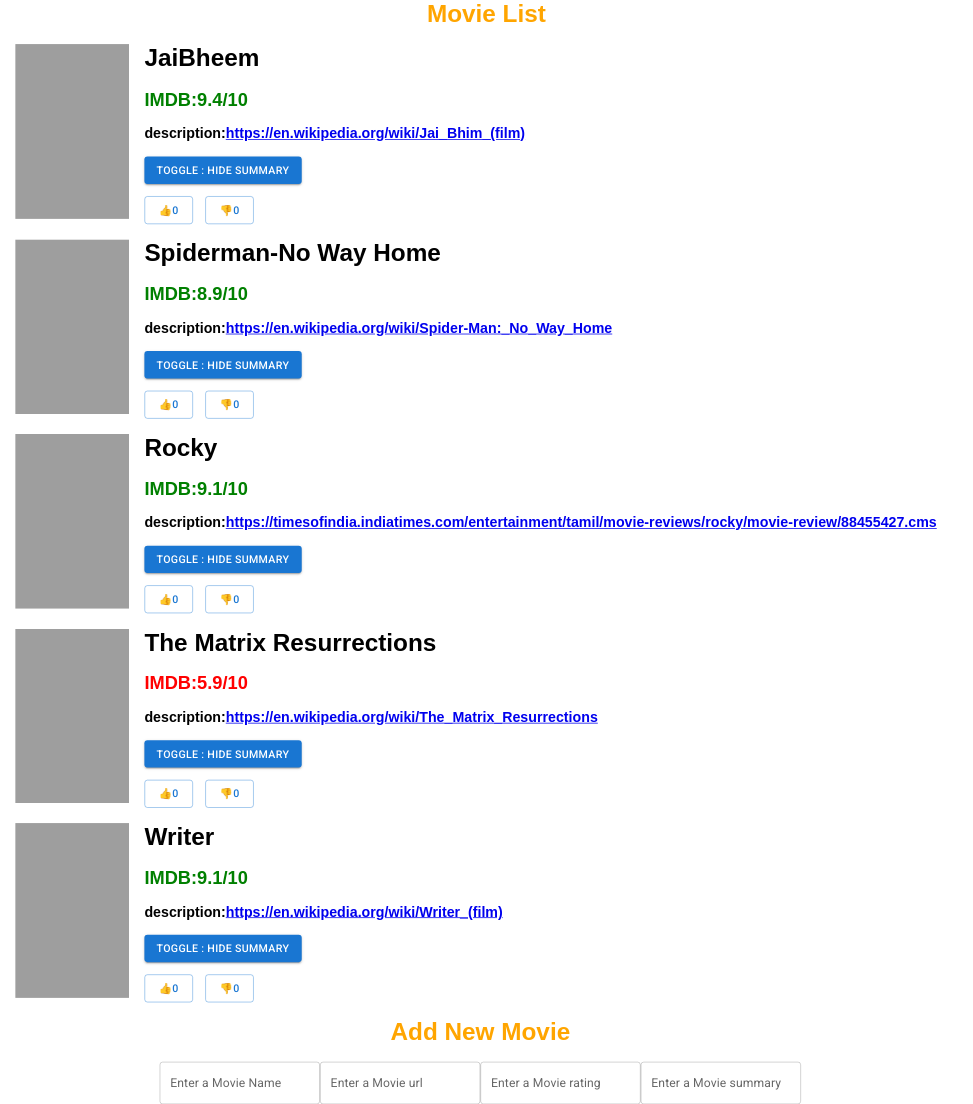
Repository: baladhinesh18/first-app
Page: /
An editor plug-in stored every save of this project. The page is shown before and after the next save, followed by the edit.
The browser window is 1280 px wide. The pictures show the whole page, at 76% of full size.
Pictures or frames that could not be fetched are drawn as grey boxes. The project was rebuilt for these pictures with package versions that can differ from the ones it lists, and the page was loaded fresh each time.

Above is the page before, as saved 2022-01-07 13:36:56.

### public/index.html
<!DOCTYPE html>
<html lang="en">
  <head>
    <meta charset="utf-8" />
    <!-- <link rel="icon" href="%PUBLIC_URL%/favicon.ico" /> -->
    <meta name="viewport" content="width=device-width, initial-scale=1" />
    <meta name="theme-color" content="#000000" />
    <meta
      name="description"
      content="Web site created using create-react-app"
    />
    <!-- <link rel="apple-touch-icon" href="%PUBLIC_URL%/logo192.png" /> -->
    <!--
      manifest.json provides metadata used when your web app is installed on a
      user's mobile device or desktop. See https://developers.google.com/web/fundamentals/web-app-manifest/
    -->
    <!-- <link rel="manifest" href="%PUBLIC_URL%/manifest.json" /> -->
    <!--
      Notice the use of %PUBLIC_URL% in the tags above.
      It will be replaced with the URL of the `public` folder during the build.
      Only files inside the `public` folder can be referenced from the HTML.

      Unlike "/favicon.ico" or "favicon.ico", "%PUBLIC_URL%/favicon.ico" will
      work correctly both with client-side routing and a non-root public URL.
      Learn how to configure a non-root public URL by running `npm run build`.
    -->
    <link
  rel="stylesheet"
  href="https://fonts.googleapis.com/css?family=Roboto:300,400,500,700&display=swap"
/>
<link
  rel="stylesheet"
  href="https://fonts.googleapis.com/icon?family=Material+Icons"
/>
    <title>New Movies</title>
  </head>
  <body>
    <noscript>You need to enable JavaScript to run this app.</noscript>
    <div id="root"></div>
    <!--
      This HTML file is a template.
      If you open it directly in the browser, you will see an empty page.

      You can add webfonts, meta tags, or analytics to this file.
      The build step will place the bundled scripts into the <body> tag.

      To begin the development, run `npm start` or `yarn start`.
      To create a production bundle, use `npm run build` or `yarn build`.
    -->
  </body>
</html>

### src/App.js

import './App.css';
import {useState} from "react";
import Button from '@mui/material/Button';
import TextField from '@mui/material/TextField';
function App() {
  let users = [
    {
      name: "JaiBheem",
      url:
      "https://encrypted-tbn3.gstatic.com/images?q=tbn:ANd9GcQm8U_-RJoMKrgvpIVLbDV8ovuHIp-p_Ls5I7WHaXJUUCbhjQVd",
      rating:"9.4",
      summary:"https://en.wikipedia.org/wiki/Jai_Bhim_(film)"
    },
    {
      name: "Spiderman-No Way Home",
      url:
      "https://www.thehindubusinessline.com/news/variety/4sw3ar/article37984362.ece/ALTERNATES/PORTRAIT_355/Spider-Man---No-Way-Home-Poster-Pic-Credit---Marvel",
      rating:"8.9",
      summary:"https://en.wikipedia.org/wiki/Spider-Man:_No_Way_Home"
    },
    {
      name: "Rocky",
      url:
      "https://static.toiimg.com/thumb/msid-88435003,width-219,height-317,imgsize-16192/88435003.jpg",
      rating:"9.1",
      summary:"https://timesofindia.indiatimes.com/entertainment/tamil/movie-reviews/rocky/movie-review/88455427.cms"
    },
    {
      name: " The Matrix Resurrections",
      url:
      "https://encrypted-tbn0.gstatic.com/images?q=tbn:ANd9GcQHjE4eApjpFWlpAdiC_aFG2FkfvimiGW0TK4mB-hc_T4Uitj9J",
      rating:"5.9",
      summary:"https://en.wikipedia.org/wiki/The_Matrix_Resurrections"
    },
    {
      name: "Writer",
      url:
      "https://static.moviecrow.com/gallery/20210414/185058-Ey6W3Z2VoAMu4P2%20(1).jpg",
      rating:"9.1",
      summary:"https://en.wikipedia.org/wiki/Writer_(film)"
    }
  ];
  return (
    <div className="App">
     <h1 className="lor">Movie List</h1>
      {users.map(({ name, url ,rating,summary}) => (
        <Starting key={url} nme={name} ur={url} rat={rating} des={summary} >
        </Starting>
      ))}
      <div  className="vacls">
      <h1 className="lor">Add New Movie</h1>
      <TextField id="outlined-basic" label="Enter a Movie Name" variant="outlined" />
      <TextField id="outlined-basic" label="Enter a Movie url" variant="outlined" />
      <TextField id="outlined-basic" label="Enter a Movie rating" variant="outlined" />
      <TextField id="outlined-basic" label="Enter a Movie summary" variant="outlined" />
      {/* <Counter/> */}
      </div>
    </div>
  );
}
function Counter(){
const [like,setLike]=useState(0);
const[dislike,setDislike]=useState(0);
return(
  <div className="vacls">
  <Button onClick={()=>setLike(like+1)}   variant="outlined" style={{margin:'0 1rem 0 0 '}}>👍{like}</Button>
  <Button onClick={()=>setDislike(dislike+1)}   variant="outlined" >👎{dislike}</Button>
  {/* <h1>{like}</h1> */}
  </div>
)}

function Starting({ nme, ur,rat,des }) {
const styles={color: rat>=8.5? "green":"red"};
const[isHide,setIsHide]=useState(true);

  return (
    <div>
    <div className="ro">
     <img src={ur} className="mg" alt={nme} />
      <div className="col">
      <h1> {nme}</h1>
      <h2 style={styles}>IMDB:{rat}/10</h2>
      { isHide?<h3>description:<a href={des}>{des}</a></h3>:null}
      {/* <h3>description:<a href={des}>{des}</a></h3> */}
      <div>
    <Button onClick={()=>setIsHide(!isHide)} variant="contained">Toggle : Hide summary</Button>
    </div>
    <Counter/>
      </div>
    </div>
    </div>
  );
}

// function ColorBox(){

// }

export default App;

### src/App.css
.App {
  font-family: sans-serif;
  text-align: center;
}
.mg {
  height: 230px;
  width: 150px;
  object-fit: center;
}
.ro{
display: flex;
flex-direction: row;
margin-left: 20px;
margin-bottom: 20px;
}
.col{
  display:flex;
  flex-direction: column;
  align-items: flex-start;
margin-left: 20px;
}
.lor{
color:orange;
}
h1,h2,h3{
  margin-top: 0px;
  gap: 1rem;
}
button{
  margin-bottom: 1rem;
}
.vacls{
margin-top: 1rem;
margin-right: 1rem;
}
.btn{
  display: flex;
  flex-direction: column;
}

Loaded but not shown: src/index.js (common file); src/index.css (common file); src/reportWebVitals.js (common file)

After the next save:
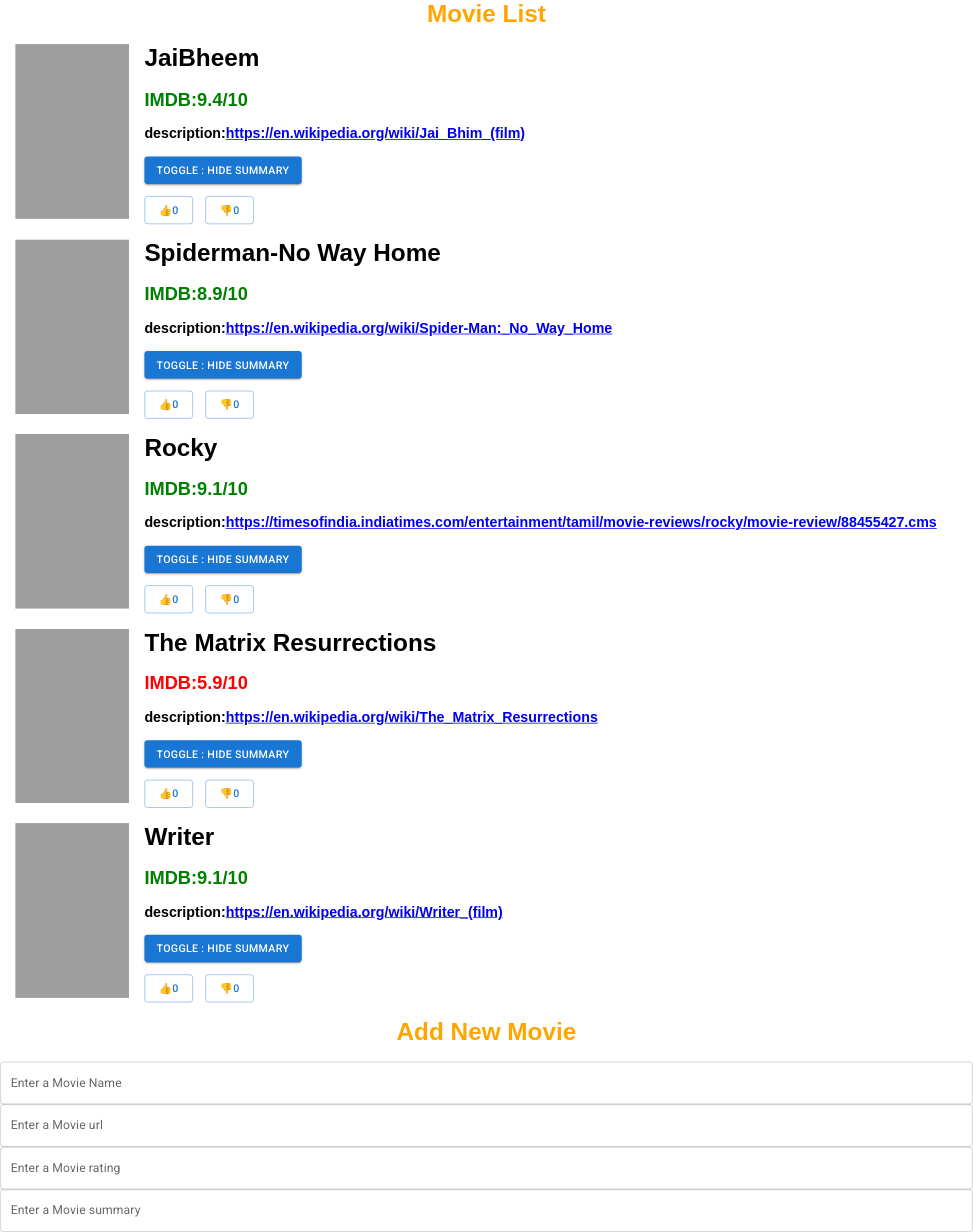
Saved 6 s later.
--- a/src/App.js
+++ b/src/App.js
@@ -48,7 +48,7 @@
         <Starting key={url} nme={name} ur={url} rat={rating} des={summary} >
         </Starting>
       ))}
-      <div  className="vacls">
+      <div  className="btn">
       <h1 className="lor">Add New Movie</h1>
       <TextField id="outlined-basic" label="Enter a Movie Name" variant="outlined" />
       <TextField id="outlined-basic" label="Enter a Movie url" variant="outlined" />
